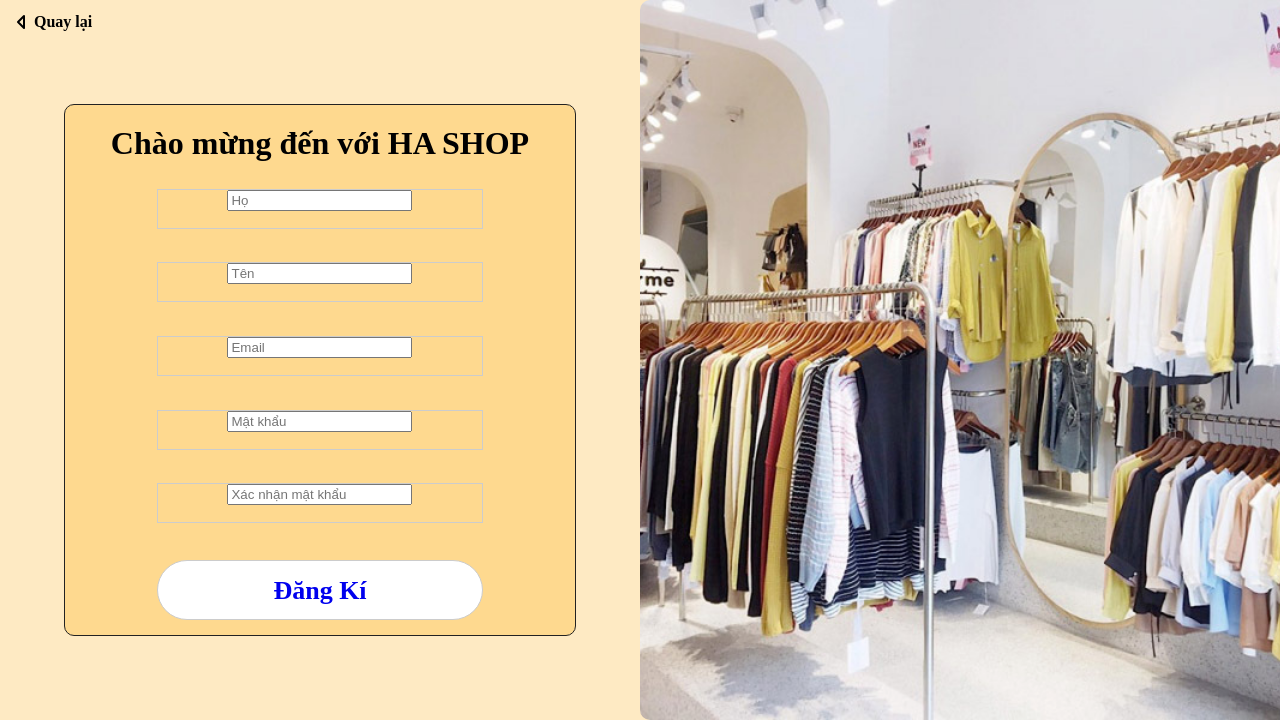
Repository: manhhieu120499/Project_ShopQuanAo
Page: html/dang_ki.html
The author's editor kept a copy of each file at every save. The page is drawn from the files as they stood at one save, then again after a run of saves.
The browser window is 1280 px wide. The pictures show the whole page.

Above is the page before, as saved 2023-04-01 10:53:09.

After the next 3 saves:
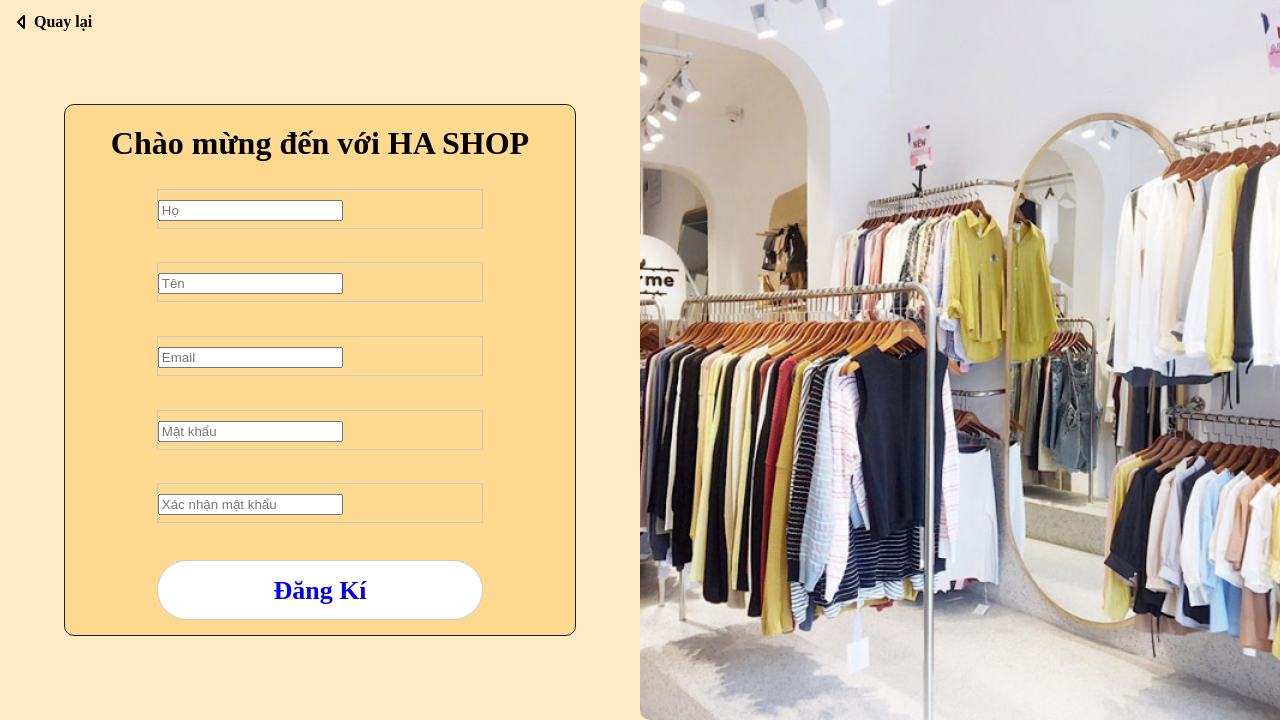
The 3 saves are shown as one change because they came seconds apart.
The last was saved 10 s later.
--- a/css/style_dangki.css
+++ b/css/style_dangki.css
@@ -68,7 +68,7 @@ form .item{
     margin: auto;
     height: 40px;
     border: 1px solid #ccc;
-    text-align: center;
+    line-height: 40px;
 
 }
 
